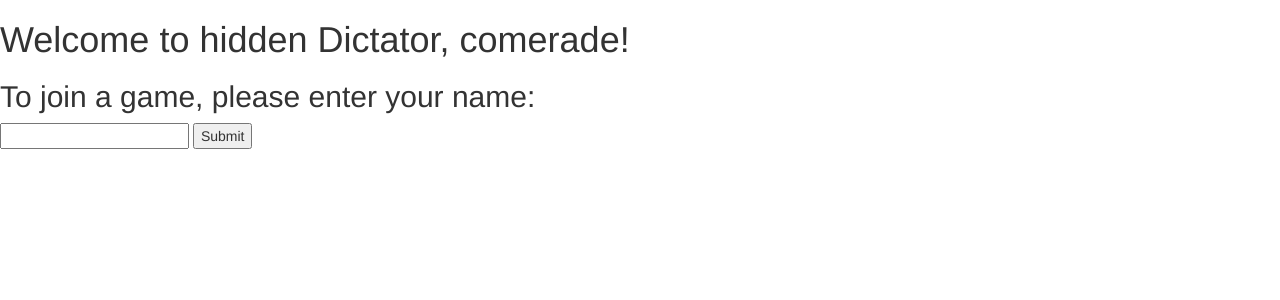
Repository: a2call/HiddenDictator
Page: http://localhost/ch.dnisler.hiddendictator/
The author's editor kept a copy of each file at every save. The page is drawn from the files as they stood at one save, then again after a run of saves.
The browser window is 1280 px wide. The pictures show the whole page.
The page is served by Tomcat 9.

Above is the page before, as saved 2016-02-22 09:32:02.
Console error (its wording comes from the project's code and is left out).

After the next 2 saves:
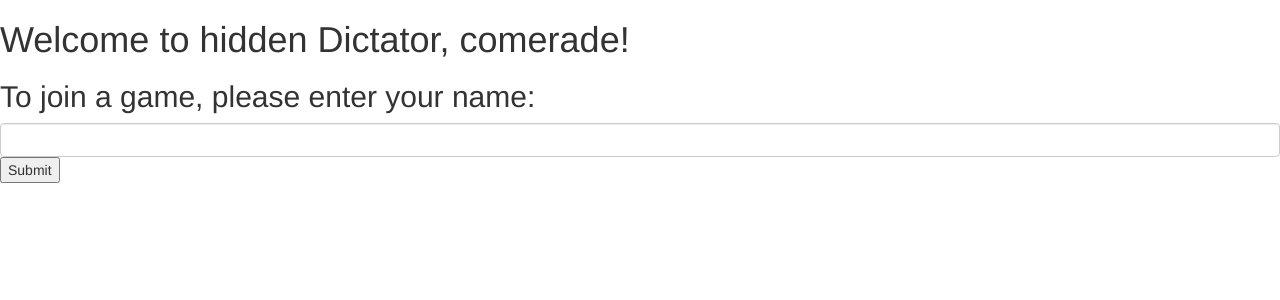
The 2 saves are shown as one change because they came seconds apart.
The last was saved 3 min 38 s later.
--- a/workspace_m122/ch.dnisler.hiddendictator/WebContent/includes/home.jsp
+++ b/workspace_m122/ch.dnisler.hiddendictator/WebContent/includes/home.jsp
@@ -1,6 +1,5 @@
 <h1>Welcome to hidden Dictator, comerade!</h1>
 <h2>To join a game, please enter your name:</h2>
 <form method="get" action="util.jsp">
-	<input type="text">
-	<input type="submit">
+	<input class="form-control" type="text"> <input type="submit">
 </form>
